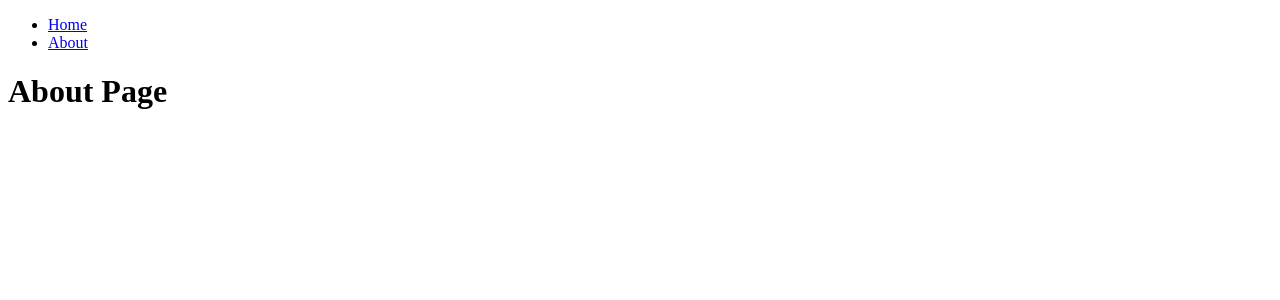
Repository: KittyMcDonagh/py_flask
Page: http://localhost/about
The author's editor kept a record of every edit. The page is drawn from the files as they stood at one moment, then again after the next edit.
The browser window is 1280 px wide. The pictures show the whole page.
The page is served by the project's application, run on Flask 3 (run.py).

Above is the page before.

### templates/about.html
<!DOCTYPE html>
<html lang="en">
<head>
    <meta charset="UTF-8">
    <meta name="viewport" content="width=device-width, initial-scale=1.0">
    <meta http-equiv="X-UA-Compatible" content="ie=edge">
    <title>Hello Flask</title>
</head>
<body>

    <nav>
        <ul>
            <li><a href="{{ url_for('index') }}">Home</a></li>
            <li><a href="{{ url_for('about') }}">About</a></li>
        </ul>
    </nav>

    <h1>About Page</h1>

</body>
</html>

### run.py

# import os from the standard python library. We will use it to get our
# environment details

import os

# small 'f' for first flask, capita'F' for 2nd Flask - the capital indicates a
# class. Import render_template function for rendering pages in html

from flask import Flask, render_template

# Create an instance of this class, and store it in a variable called "app"
# Convention dictates that it be called "app"
# The first argument of the Flask class is the name of the applications module -
# our package. Since we're just using a single package we can just use __name__
# which is a built-in Python variable. Flask needs this so that it knows where
# to look for templates and static files

app = Flask(__name__)

# Use the route decorator to tell Flask what URL should trigger the function
# A decorator starts with the "@" sign, and is also called pie notation. A
# decorator is a way of wrapping functions (just as in JavaScript all functions
# are objects and can be passed around). So, when we try to browse to the root
# directory as indicated by the "/" then flask will trigger the index function
# underneath and return the "Hello World"

# This route decorator wraps around the "index" function. The "/" indicates the
# root directory. When we try to browse to it flask will trigger the "index"
# function, which will return "Hello World". The href for 'home' in index.html
# will be "/"

@app.route("/")
def index():
    return render_template("index.html")

# This route decorator wraps around the about(). The href for the about page
# will be "/about"

@app.route("/about")
def about():
    return render_template("about.html")

@app.route("/contact")
def contact():
    return render_template("contact.html")

# If name = main we will run our app with the following arguments:
# "IP" is an internal variable set by Cloud9; os will get it for us. The same is
# true of "PORT", but it needs to be cast as an integer.
# Debug = True will help us debug our code

# NOTE!!!! Debug=True should be removed or be made "=False"??, before submitting
# Project for assessment, or releasing to production in a work environment.
# The variable __name__ will be = "__main__"

if __name__ == "__main__":
    app.run(host=os.environ.get("IP"),
    port = int(os.environ.get("PORT")),
    debug=True)

After the next edit:
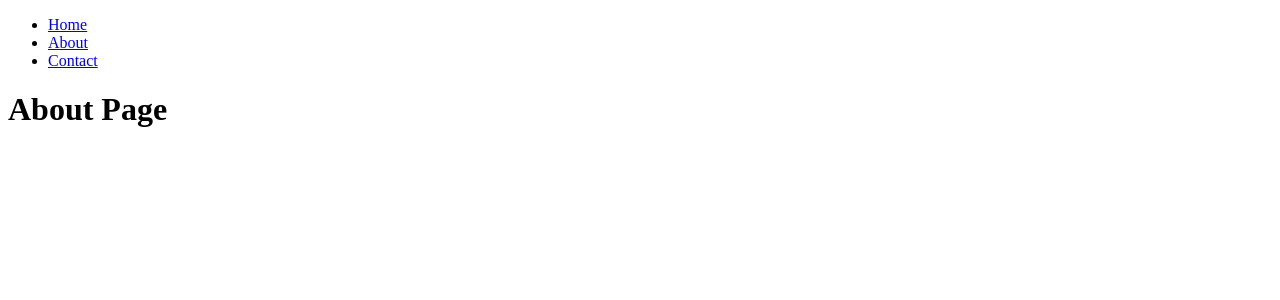
The edit:
--- a/templates/about.html
+++ b/templates/about.html
@@ -12,6 +12,7 @@
         <ul>
             <li><a href="{{ url_for('index') }}">Home</a></li>
             <li><a href="{{ url_for('about') }}">About</a></li>
+            <li><a href="{{ url_for('contact') }}">Contact</a></li>
         </ul>
     </nav>
 
